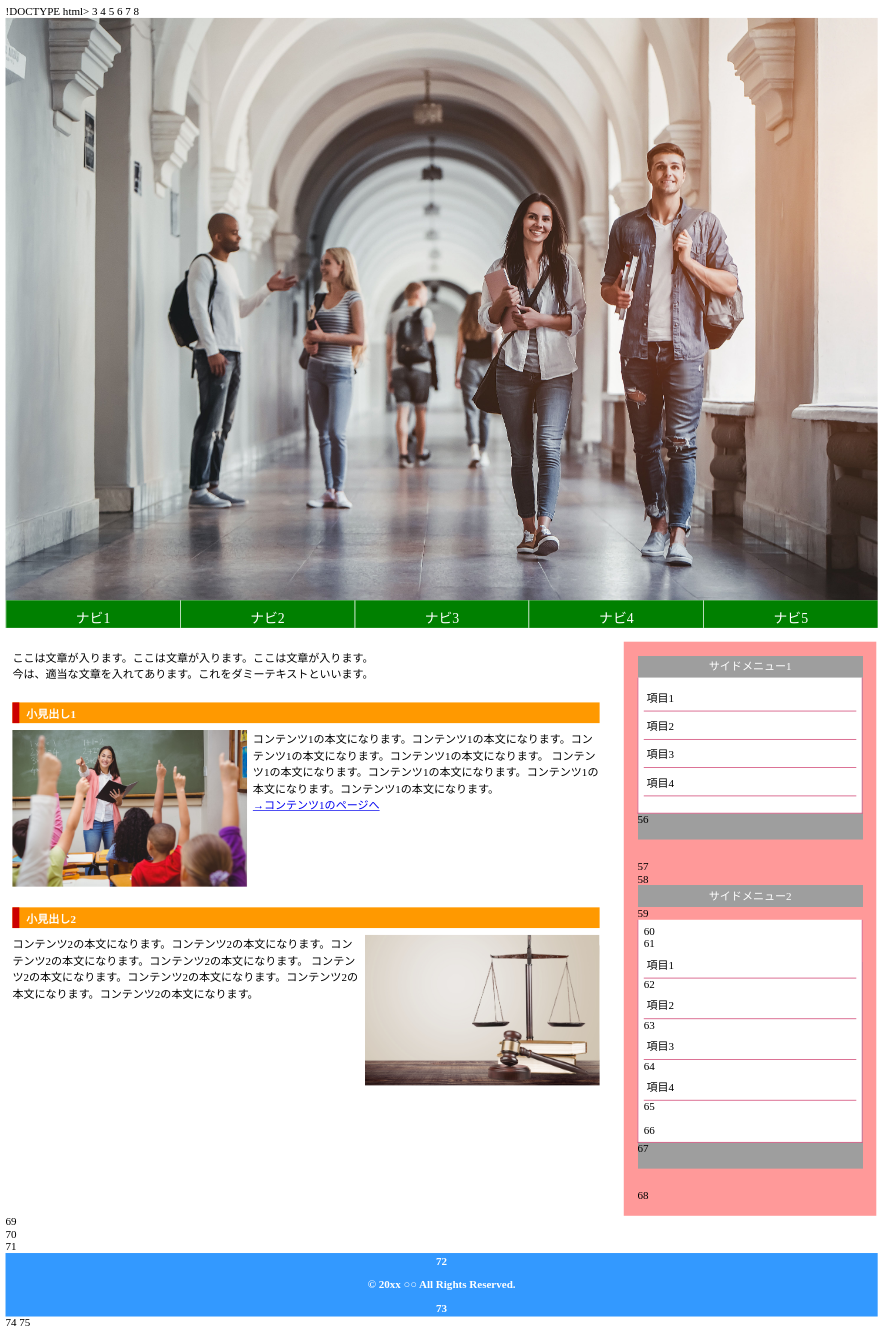
Repository: kazu999999/samurai_HTML-CSS
Page: home.html
The author's editor kept a record of every edit. The page is drawn from the files as they stood at one moment, then again after the next edit.
The browser window is 1280 px wide. The pictures show the whole page, at 69% of full size.
Pictures or frames that could not be fetched are drawn as grey boxes.

Above is the page before.

After the next edit:
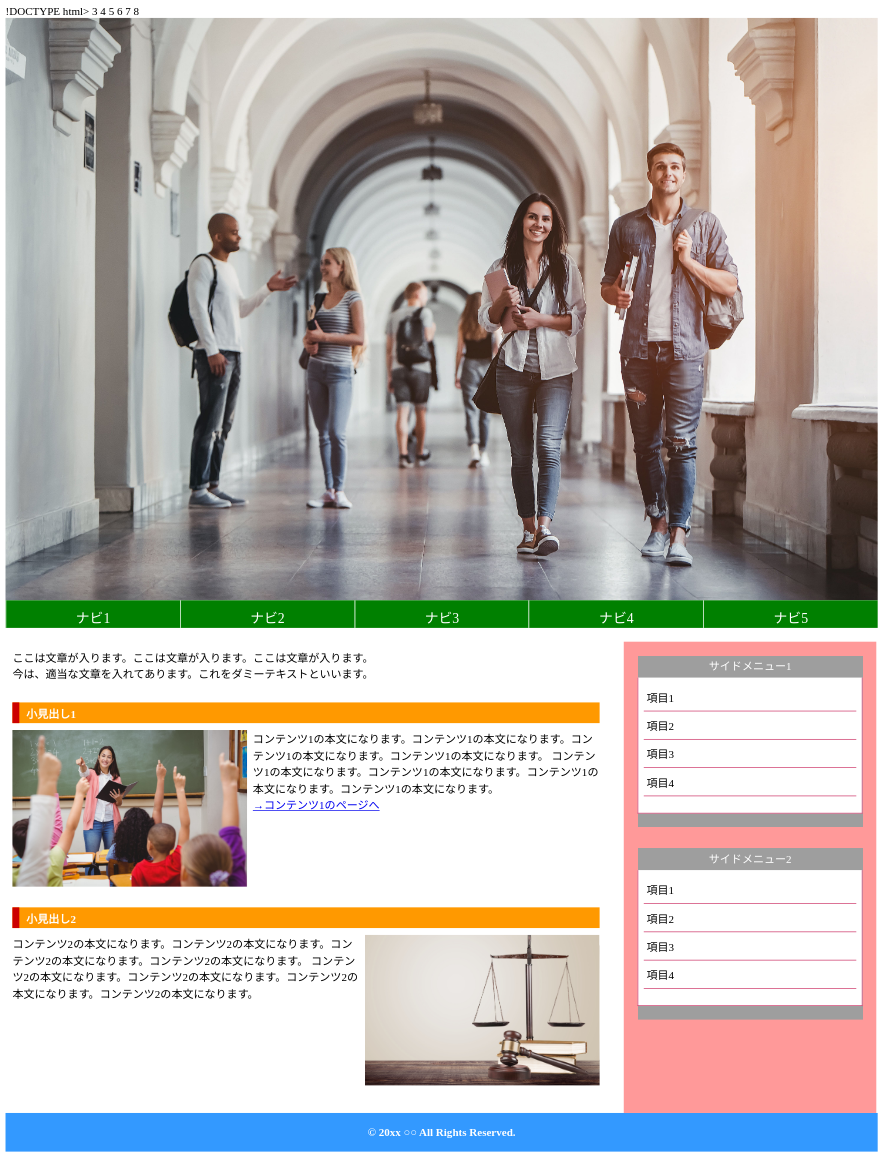
The edit:
--- a/home.html
+++ b/home.html
@@ -53,23 +53,23 @@
                                 <li>項目4</li>
                             </ul>
                         </div>
-56                    </div>
-57                    <div class="box">
-58                        <h2>サイドメニュー2</h2>
-59                        <div class="boxBody">
-60                            <ul>
-61                                <li>項目1</li>
-62                                <li>項目2</li>
-63                                <li>項目3</li>
-64                                <li>項目4</li>
-65                            </ul>
-66                        </div>
-67                    </div>
-68                </div>
-69            </div>
-70        </div>
-71        <div id="footer">
-72            <p>&copy; 20xx ○○ All Rights Reserved.</p>
-73        </div>
-74    </body>
-75</html>
+                    </div>
+                    <div class="box">
+                        <h2>サイドメニュー2</h2>
+                       <div class="boxBody">
+                            <ul>
+                                <li>項目1</li>
+                                <li>項目2</li>
+                                <li>項目3</li>
+                                <li>項目4</li>
+                            </ul>
+                        </div>
+                    </div>
+               </div>
+            </div>
+        </div>
+        <div id="footer">
+            <p>&copy; 20xx ○○ All Rights Reserved.</p>
+        </div>
+    </body>
+</html>
